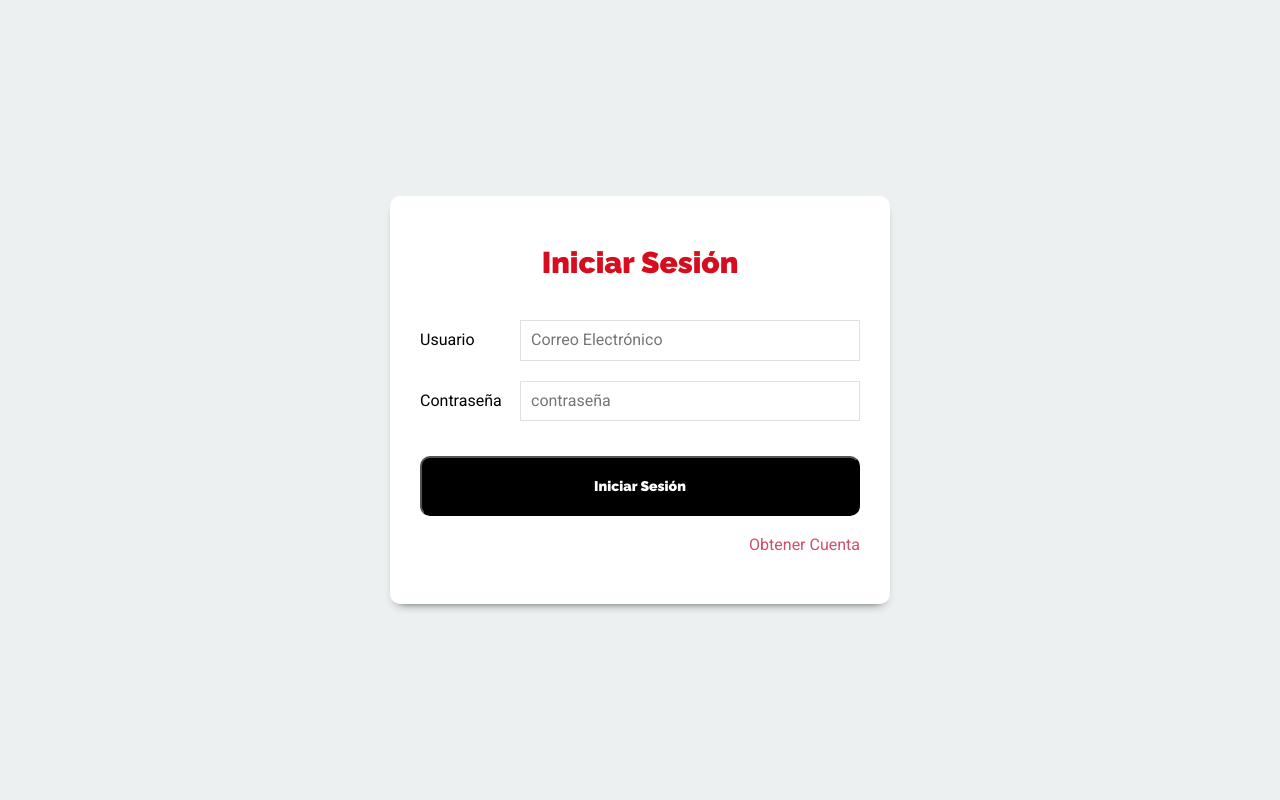
Repository: andrescovarrubias/admin-proyectos
Page: / (app in cliente/)
These files come from the project's save history. The page is drawn as it stood at one moment and after the next save; the edit follows.
The browser window is 1280 px wide. The pictures show the whole page.
The pointer rests on the first visible `.btn-primario`.
The project was rebuilt for these pictures with package versions that can differ from the ones it lists, and the page was loaded fresh each time. Also part of the build but not shown: cliente/src/components/auth/NuevaCuenta.jsx, cliente/src/components/proyectos/NuevoProyecto.jsx, cliente/src/components/layout/SideBar.jsx, cliente/src/components/proyectos/Proyectos.jsx.

Above is the page before, as saved 2020-10-31 17:40:05.

### cliente/src/index.css
:root {
  --blanco: #ffffff;
  --blanco2: #fcf7ff;
  --blanco3: #ecf0f1;
  --azul1: #258ea6;
  --morado1: #4d376d;
  --morado2: #861657;
  --azul2: #1b065e;
  --azul3: #2e4052;
  --rojo: #d60d1e;
  --rojo2: #b8082c;
  --rojo3: #b91a2f;
  --headingFont: "Raleway", sans-serif;
  --textFont: "Roboto", sans-serif;
}
*,
*:before,
*:after {
  box-sizing: inherit;
}
html {
  box-sizing: border-box;
  height: 100%;
  font-size: 62.5%;
}
body {
  min-height: 100%;
  background-color: #ecf0f1;
  font-size: 16px;
  font-size: 1.6rem;
  font-family: var(--textFont);
}

h1,
h2 {
  font-family: var(--headingFont);
  font-weight: 900;
  margin: 0 0 4rem 0;
  text-align: center;
  color: var(--rojo);
}
h1 span {
  font-weight: 400;
}
h1 {
  font-size: 3rem;
}
h2 {
  font-size: 2.4rem;
}
ul {
  list-style: none;
  padding: 0;
  margin: 0;
}
a {
  text-decoration: none;
  color: var(--gris2);
}

/** BOTONES **/
.btn {
  margin-top: 2vh;
  font-family: var(--headingFont);
  padding: 20px;
  font-size: 14px;
  font-weight: bold;
  border-radius: 10px;
  border: 1px solid #black;
  transition: background-color 0.3s ease;
}
.btn:hover {
  cursor: pointer;
}
.btn-primario {
  background-color: black;
  color: var(--blanco);
}
.btn-primario:hover {
  background: black;
  color: var(--blanco);
}
.btn-secundario {
  background-color: var(--rojo2);
}
.btn-block {
  display: block;
  width: 100%;
}
.btn-submit:hover {
  background-color: #b91a2f;
}
.btn-blank {
  margin: 0;
  padding: 0;
  display: block;
  background-color: transparent;
}

@media (min-width: 768px) {
  .contenedor-app {
    display: flex;
    min-height: 100vh;
  }

  aside {
    background-color: var(--blanco);
    flex: 0 0 300px;
  }
  .seccion-principal {
    flex: 1;
  }
}

/* BARRA LATERAL */
aside {
  padding: 3rem;
}

.formulario-nuevo-proyecto {
  margin-top: 6rem;
}
.formulario-nuevo-proyecto .input-text {
  border-bottom: 1px solid var(--gris2);
  border-radius: 0;
  background-color: var(--gris1);
}
.formulario-nuevo-proyecto .input-text::placeholder {
  color: var(--gris2);
}
.proyectos {
  margin-top: 5vh;
}
.listado-proyectos li {
  margin-bottom: 2rem;
}
.listado-proyectos li a {
  font-size: 1.4rem;
  color: var(--gris2);
  line-height: 1.5;
  font-weight: 300;
}
.app-header {
  display: flex;
  justify-content: space-between;
  background-color: var(--gris2);
  padding: 4rem;
}
.nombre-usuario {
  color: var(--blanco);
  font-size: 2.2rem;
  margin: 0;
}
.nombre-usuario span {
  font-weight: 900;
}
.nav-principal a {
  color: var(--blanco);
  text-decoration: none;
}
.nav-principal a:first-of-type {
  margin-right: 2rem;
}

/** Formulario crear y editar tareas **/
.formulario {
  background-color: var(--gris3);
  padding: 4rem;
}
.formulario form {
  max-width: 600px;
  margin: 0 auto;
}
.contenedor-input {
  display: flex;
}
.contenedor-input label {
  margin-bottom: 1rem;
  color: var(--blanco);
}
.input-text {
  padding: 1rem;
  border: none;
  border-radius: 0.5rem;
  flex: 1;
  width: 100%;
}

/** TAREAS LISTADO **/
.contenedor-tareas {
  padding: 4rem;
}

.listado-tareas {
  max-width: 600px;
  margin: 0 auto;
}

.tarea {
  display: flex;
  justify-content: space-between;
  background-color: var(--blanco);
  padding: 0.5rem 2rem;
  align-items: center;
  margin-bottom: 1rem;
  border-radius: 0.5rem;
}
.sombra {
  -webkit-box-shadow: 0px 4px 10px -3px rgba(117, 117, 117, 1);
  -moz-box-shadow: 0px 4px 10px -3px rgba(117, 117, 117, 1);
  box-shadow: 0px 4px 10px -3px rgba(117, 117, 117, 1);
}
.sombra-dark {
  -webkit-box-shadow: 0px 6px 11px -8px rgba(0, 0, 0, 0.9);
  -moz-box-shadow: 0px 6px 11px -8px rgba(0, 0, 0, 0.9);
  box-shadow: 0px 6px 11px -8px rgba(0, 0, 0, 0.9);
}
.tarea .acciones .btn:first-of-type {
  margin-right: 1rem;
}
.tarea p {
  font-size: 1.6rem;
  flex: 1;
  padding-right: 2rem;
}
.tarea .btn {
  padding: 0.8rem;
  font-size: 1.4rem;
  border-radius: 0;
  margin: 0;
}

.estado {
  margin-right: 1rem;
}
.estado button,
.mensaje {
  font-weight: 900;
  font-family: var(--textFont);
  font-size: 1rem;
  padding: 0.5rem;
  border-radius: 0.5rem;
  cursor: pointer;
  border: none;
}
.mensaje {
  text-align: center;
  font-size: 1.6rem;
  border-radius: 0;
}
.mensaje:hover {
  cursor: default;
}
.completo,
.correcto {
  background-color: rgba(154, 252, 154, 0.3);
  color: var(--gris3);
}
.incompleto {
  background-color: rgba(255, 178, 178, 0.4);
  color: var(--gris3);
}
.error {
  max-width: 600px;
  margin: 2rem auto 0 auto;
  background-color: rgb(170, 0, 0);
  color: var(--blanco);
}

.tarea-enter,
.proyecto-enter {
  opacity: 0;
}
.tarea-enter-active,
.proyecto-enter-active {
  opacity: 1;
  transition: opacity 200ms;
}
.tarea-exit,
.proyecto-exit {
  opacity: 1;
}
.tarea-exit-active,
.proyecto-exit-active {
  opacity: 0;
  transition: opacity 200ms;
}

.form-usuario {
  height: 100vh;
  min-height: 800px;
  display: flex;
  align-items: center;
  justify-content: center;
}

.contenedor-form {
  padding: 5rem 3rem;
  max-width: 500px;
  width: 95%;
  background-color: var(--blanco);
  border-radius: 1rem;
}
.contenedor-form h1 {
  color: var(--rojo);
}

.campo-form {
  display: flex;
  margin-bottom: 2rem;
  align-items: center;
}
.campo-form:last-of-type {
  margin: 0;
}
.campo-form label {
  flex: 0 0 100px;
  font-family: var(--textFont);
}
.campo-form input[type="password"],
.campo-form input[type="email"],
.campo-form input[type="text"] {
  border: 1px solid #e1e1e1;
  padding: 1rem;
  flex: 1;
}

.enlace-cuenta {
  margin-top: 2rem;
  display: block;
  opacity: 0.7;
  float: right;
  color: var(--rojo2);
}
.enlace-cuenta:hover {
  text-decoration: underline var(--rojo);
}

.alerta {
  position: fixed;
  top: 0;
  left: 0;
  padding: 1rem 3rem;
  border-radius: 1rem;
  font-family: var(--headingFont);
  font-weight: 600;
  text-transform: uppercase;
  font-size: 2.2rem;
  text-align: center;
  width: 100%;
}
@media (min-width: 768px) {
  .alerta {
    width: auto;
    top: 30px;
    right: 10px;
    left: auto;
  }
}

.alerta-ok {
  background-color: rgb(109, 211, 109);
  color: rgb(2, 103, 2);
}
.alerta-error {
  background-color: rgb(230, 78, 78);
  color: var(--blanco);
}

### cliente/src/App.js
import React, {Fragment, useState, useEffect, useContext} from 'react';
import Login from './components/auth/Login';
import NuevaCuenta from './components/auth/NuevaCuenta';
import Proyectos from './components/proyectos/Proyectos';

import {BrowserRouter as Router, Switch, Route} from 'react-router-dom';


function App() {
  return (
    <Router>
      <Switch>
        <Route exact path='/' component = {Login} />
        <Route exact path='/nueva-cuenta' component = {NuevaCuenta} />
        <Route exact path='/proyectos' component = {Proyectos} />
      </Switch>
    </Router>
  );
}

export default App;

### cliente/src/components/auth/Login.jsx
import React, { useState } from 'react';
import {Link} from 'react-router-dom';


const Login = () => {

     // state para iniciar sesion
     const [usuario, guardarUsuario] = useState ({
          email:'',
          password:''
     });

     // extraer el usuario
     const {email, password} = usuario;

     const onChange = e => {
          guardarUsuario({
               ...usuario,
               [e.target.name] : e.target.value
          })
     }


     // cuando el usuario quiere iniciar sesion
     const onSubmit = e => {
          e.preventDefault();

          // validar que no haya campos vacios

          // contraseña minimo de 6 caracteres

          // contraseña iguales

          // pasarlo al action

     }

     return (
          <div className="form-usuario">
               <div className="contenedor-form sombra-dark">
                    <h1>Iniciar Sesión</h1>
                    <form
                         onSubmit = {onSubmit}
                    >
                         <div className="campo-form">
                              <label htmlFor="email">Usuario</label>
                              <input
                                   type="email"
                                   id="email"
                                   name="email"
                                   placeholder="Correo Electrónico"
                                   autocomplete="off"
                                   required
                                   value={email}
                                   onChange={onChange}
                              />
                         </div>
                         <div className="campo-form">
                              <label htmlFor="password">Contraseña</label>
                              <input
                                   type="password"
                                   id="password"
                                   name="password"
                                   placeholder="contraseña"
                                   autocomplete="off"
                                   value={password}
                                   required
                                   onChange={onChange}
                              />
                         </div>

                         <div className="campo-form">
                              <input type="submit" className=" btn btn-primario btn-block" value="Iniciar Sesión"/>
                         </div>
                    </form>
                    <Link to={'/nueva-cuenta'} className="enlace-cuenta">
                         Obtener Cuenta
                    </Link>
               </div>
          </div>
      );
}

export default Login;

Loaded but not shown: cliente/public/index.html (common file); cliente/src/index.js (common file); cliente/src/reportWebVitals.js (common file); cliente/public/manifest.json (common file)

After the next save:
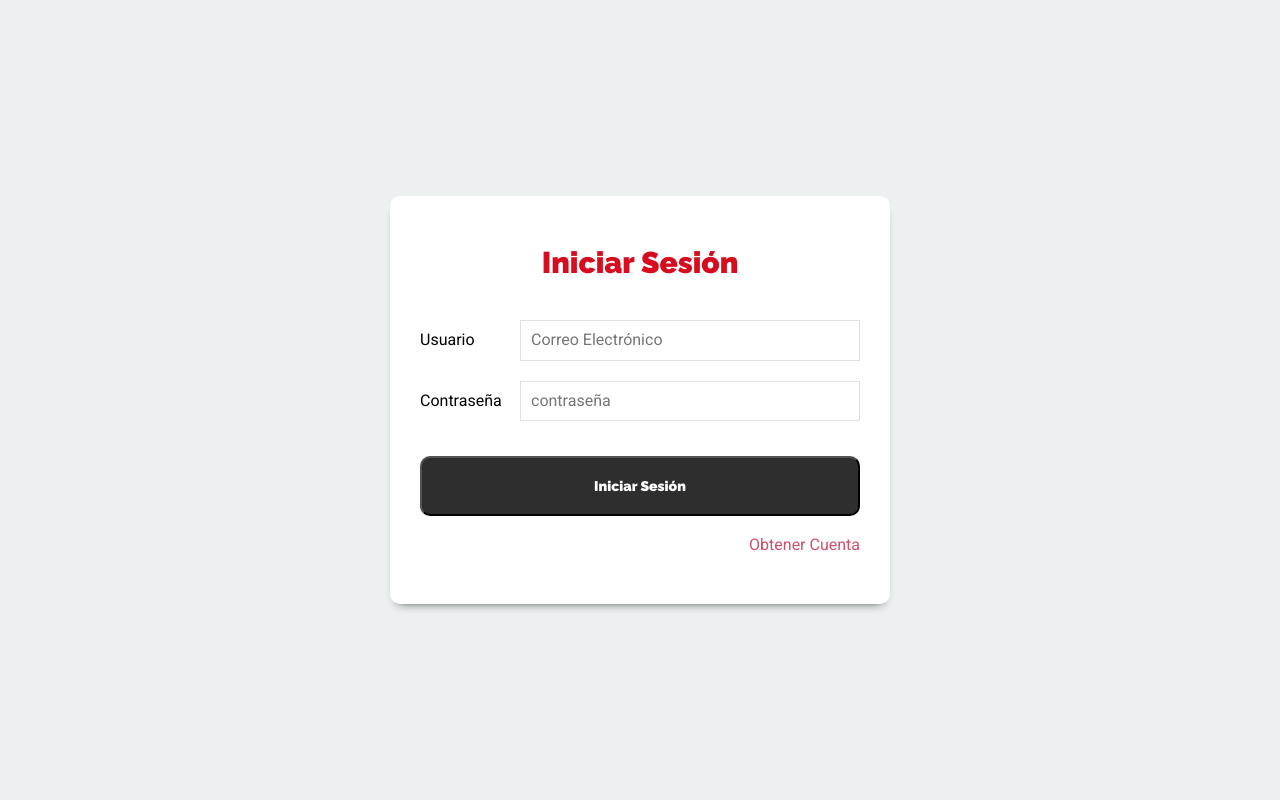
Saved 8 s later.
--- a/cliente/src/index.css
+++ b/cliente/src/index.css
@@ -77,7 +77,7 @@ a {
   color: var(--blanco);
 }
 .btn-primario:hover {
-  background: black;
+  background: rgb(46, 46, 46);
   color: var(--blanco);
 }
 .btn-secundario {
